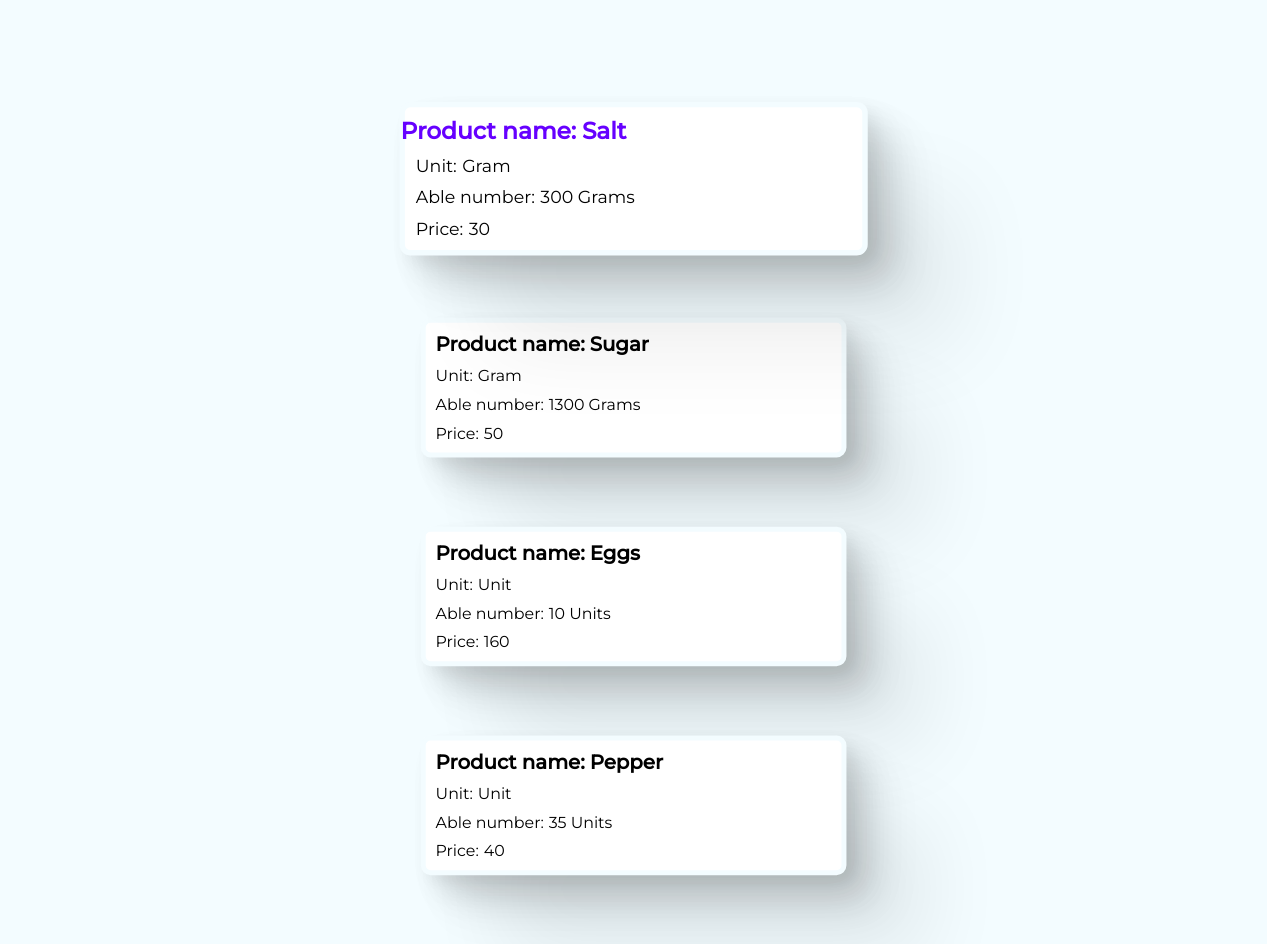
Repository: OlexandraKovach2/Vue
Page: / (app in vuexam/brila-exam/)
The author's editor kept a copy of each file at every save. The page is drawn from the files as they stood at one save, then again after the next save.
The browser window is 1280 px wide. The pictures show the whole page, at 99% of full size.
The pointer rests on the first visible `.info-row`.
The project was rebuilt for these pictures with package versions that can differ from the ones it lists, and the page was loaded fresh each time. Also part of the build but not shown: vuexam/brila-exam/vue.config.js.

Above is the page before, as saved 2022-11-08 22:05:12.

After the next save:
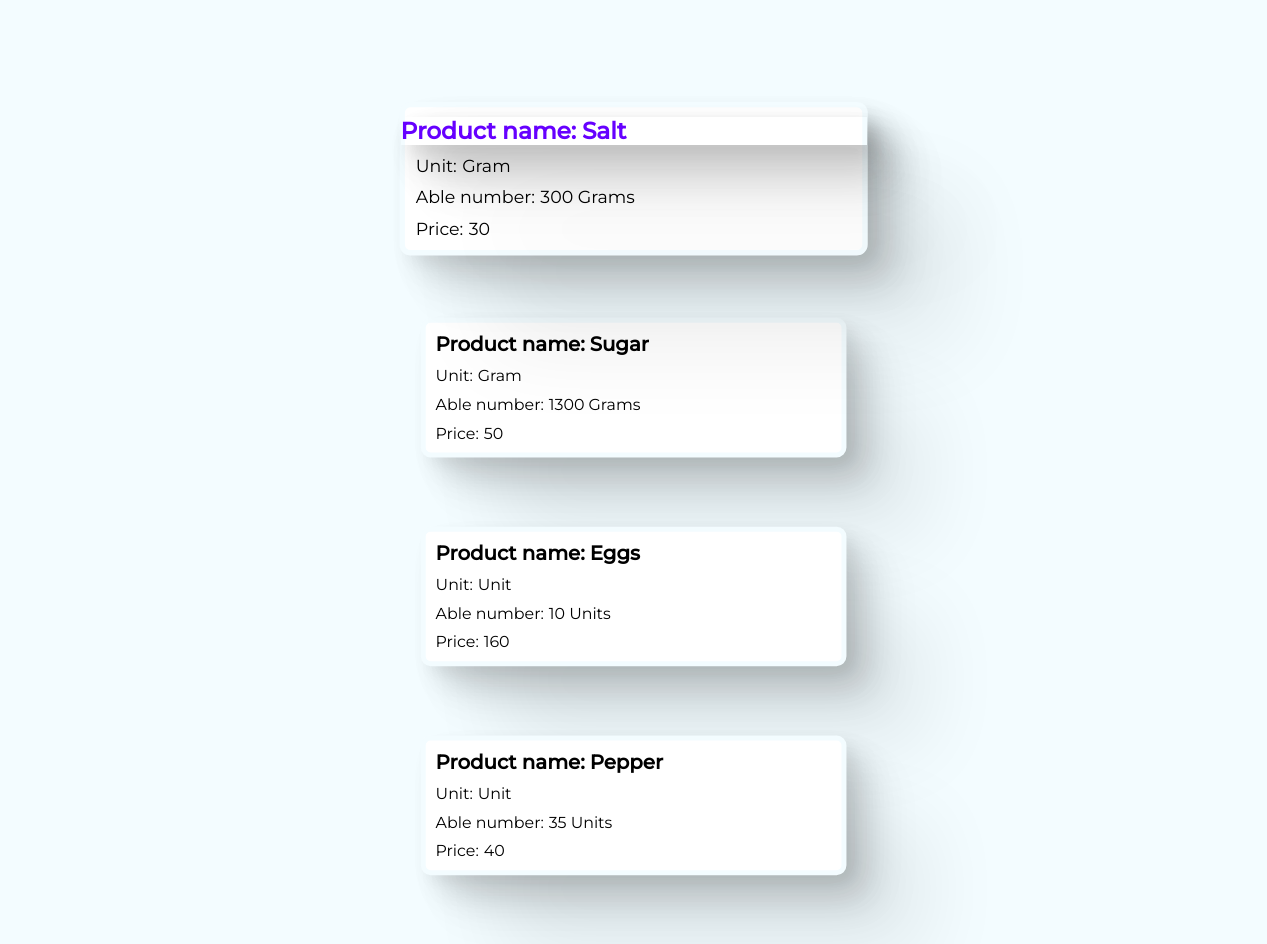
Saved 47 s later.
--- a/vuexam/brila-exam/src/components/ObjectTable/ObjectBase.vue
+++ b/vuexam/brila-exam/src/components/ObjectTable/ObjectBase.vue
@@ -82,6 +82,15 @@
 .info-row:hover{
     scale: 1.04;
     color: rgb(0, 0, 255);
+    box-shadow:
+  6.6px 6.7px 13.7px rgba(0, 0, 0, 0.083),
+  12.9px 13.2px 25.3px rgba(0, 0, 0, 0.1),
+  19.2px 19.6px 34.3px rgba(0, 0, 0, 0.104),
+  25.9px 26.5px 40.9px rgba(0, 0, 0, 0.101),
+  35.7px 36.6px 47.2px rgba(0, 0, 0, 0.09),
+  82px 84px 80px rgba(0, 0, 0, 0.07)
+;
+
 }
 .info-row:hover:first-child{
     scale: 1.07;
